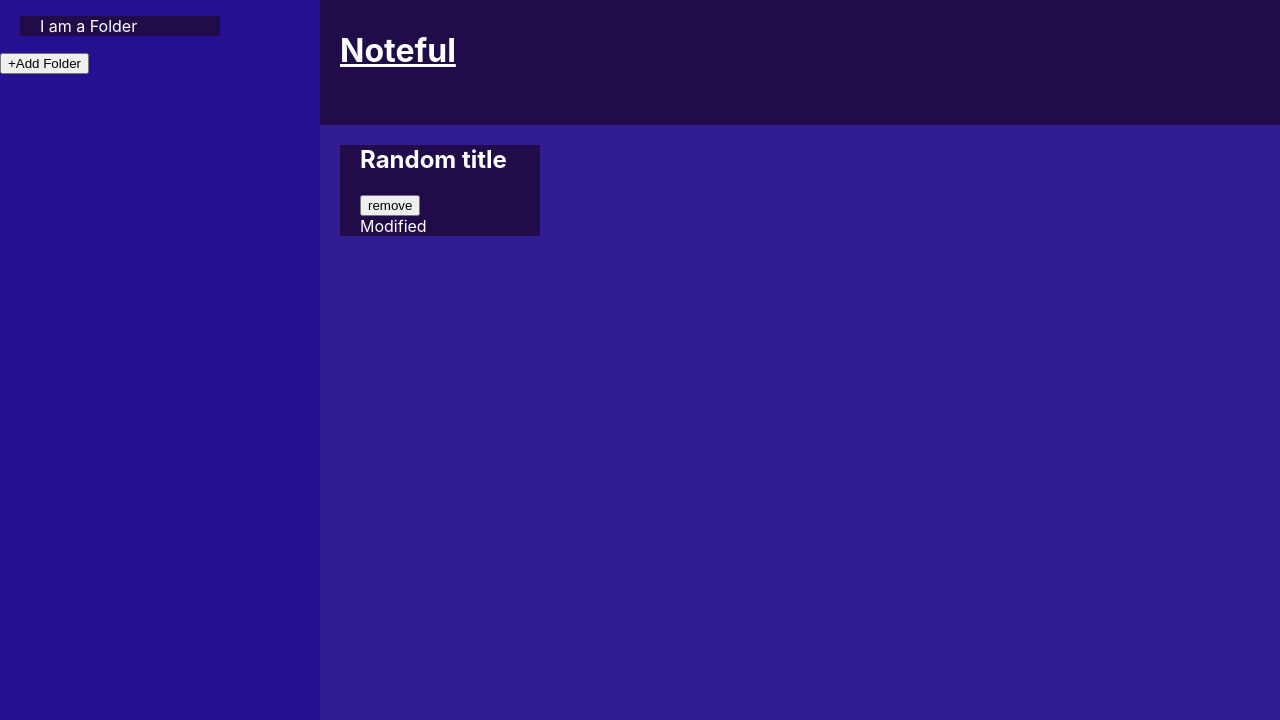
Repository: thinkful-ei-macaw/noteful-agatha-curtis
Page: /
An editor plug-in stored every save of this project. The page is shown before and after the next save, followed by the edit.
The browser window is 1280 px wide. The pictures show the whole page.
The project was rebuilt for these pictures with package versions that can differ from the ones it lists, and the page was loaded fresh each time.

Above is the page before, as saved 2020-03-10 13:18:14.

After the next save:
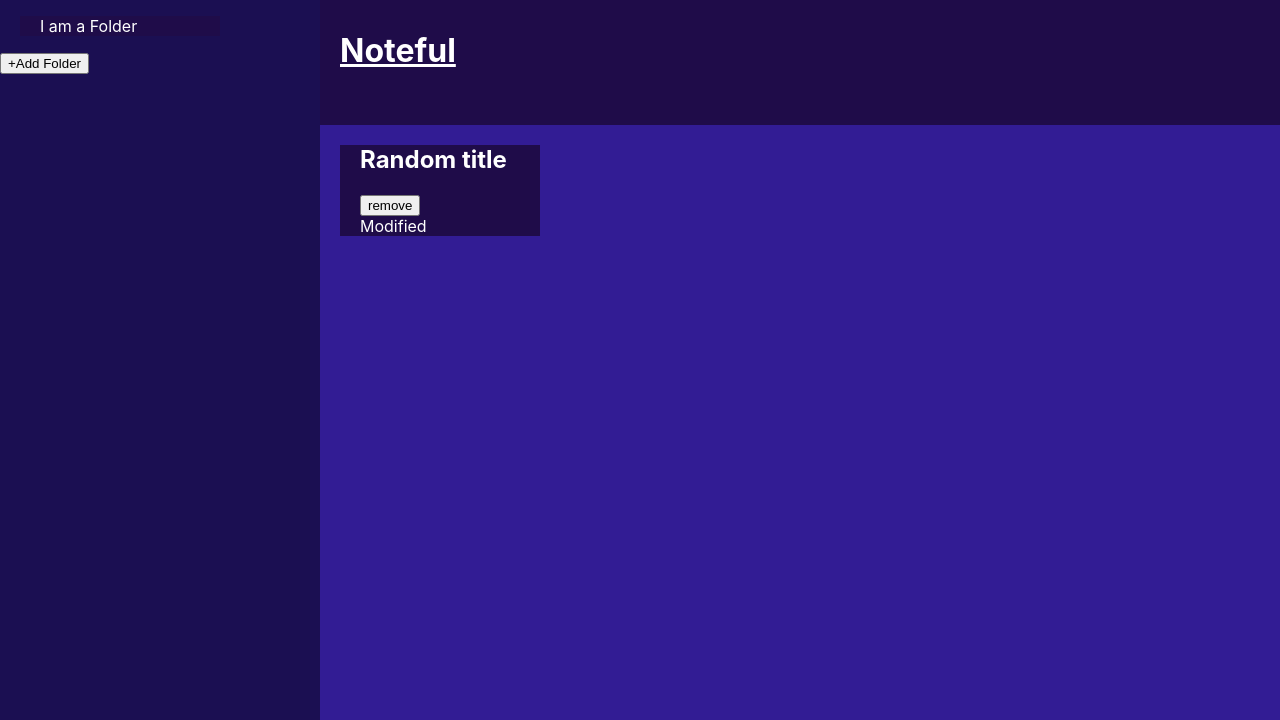
Saved 20 s later.
--- a/src/App.css
+++ b/src/App.css
@@ -24,7 +24,7 @@
 }
 
 .Folder {
-  background-color: #270f92;
+  background-color: #1b0f52;
   grid-area: nav;
 }
 
